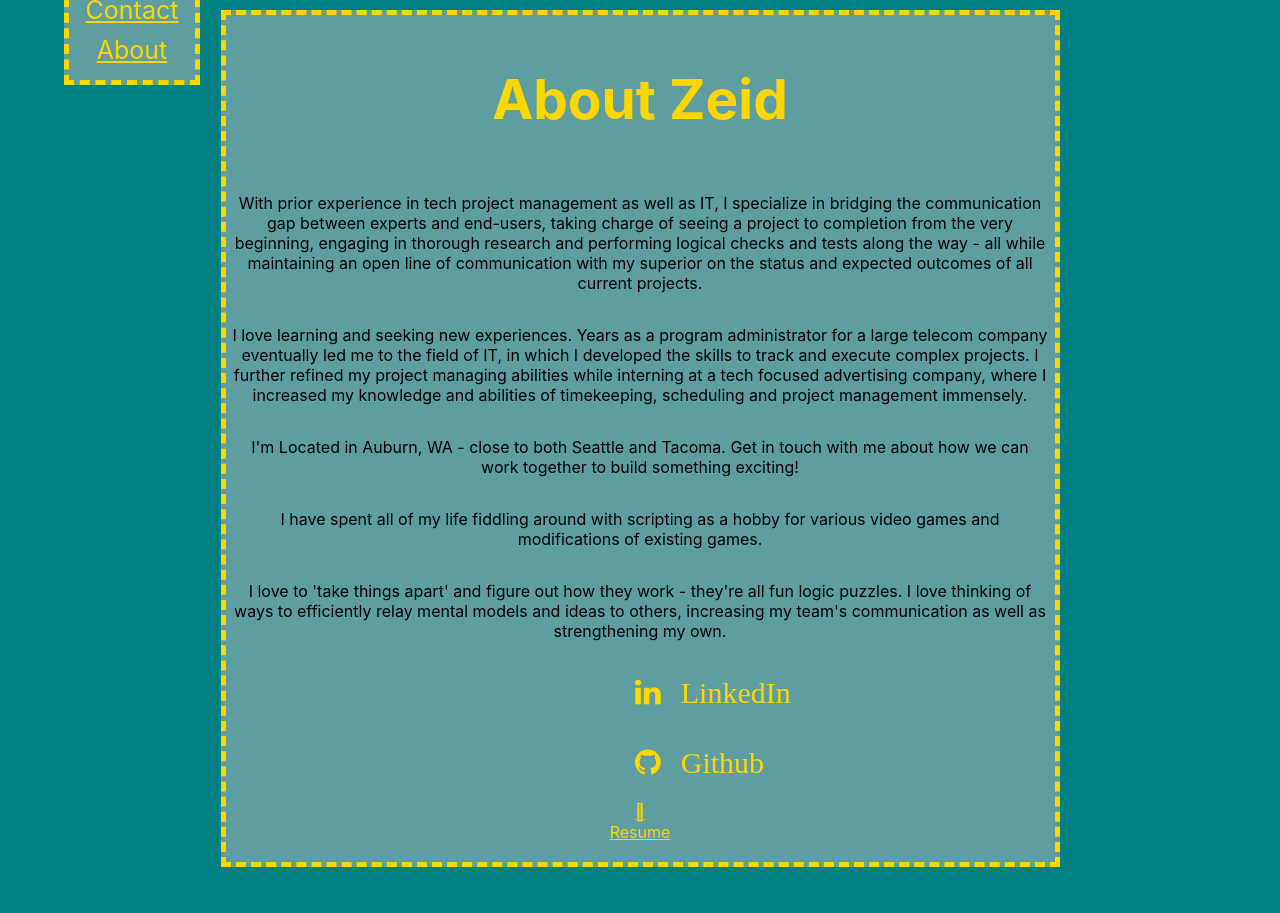
Repository: zeidalidiez/portfolioreact
Page: /About
An editor plug-in stored every save of this project. The page is shown before and after the next save, followed by the edit.
The browser window is 1280 px wide. The pictures show the whole page.
The project was rebuilt for these pictures with package versions that can differ from the ones it lists, and the page was loaded fresh each time. Also part of the build but not shown: src/components/Thumbnail.js, src/components/Projects.js, src/components/Contact.js.

Above is the page before, as saved 2021-02-09 00:16:52.

### public/index.html
<!DOCTYPE html>
<html lang="en">
  <head>
    <meta charset="utf-8" />
    <link href="data:[embedded picture, 289 characters]" rel="icon" type="image/x-icon" />    <meta name="viewport" content="width=device-width, initial-scale=1" />
    <link rel="stylesheet" href="https://cdnjs.cloudflare.com/ajax/libs/font-awesome/4.7.0/css/font-awesome.min.css">
    <meta name="theme-color" content="#000000" />
    <meta
      name="description"
      content="Web site created using create-react-app"
    />    <!--
      manifest.json provides metadata used when your web app is installed on a
      user's mobile device or desktop. See https://developers.google.com/web/fundamentals/web-app-manifest/
    -->
    <link rel="manifest" href="%PUBLIC_URL%/manifest.json" />
    <!--
      Notice the use of %PUBLIC_URL% in the tags above.
      It will be replaced with the URL of the `public` folder during the build.
      Only files inside the `public` folder can be referenced from the HTML.

      Unlike "/favicon.ico" or "favicon.ico", "%PUBLIC_URL%/favicon.ico" will
      work correctly both with client-side routing and a non-root public URL.
      Learn how to configure a non-root public URL by running `npm run build`.
    -->
    <title>Zeid Diez - Portfolio</title>
  </head>
  <body>
    <noscript>You need to enable JavaScript to run this app.</noscript>
    <div id="root"></div>
    <!--
      This HTML file is a template.
      If you open it directly in the browser, you will see an empty page.

      You can add webfonts, meta tags, or analytics to this file.
      The build step will place the bundled scripts into the <body> tag.

      To begin the development, run `npm start` or `yarn start`.
      To create a production bundle, use `npm run build` or `yarn build`.
    -->
  </body>
</html>

### src/index.js
import React from 'react';
import ReactDOM from 'react-dom';
import './index.css';
import App from './components/App';
import reportWebVitals from './reportWebVitals';

ReactDOM.render(
  <React.StrictMode>
  <App />
  </React.StrictMode>,
  document.getElementById('root')
);

// If you want to start measuring performance in your app, pass a function
// to log results (for example: reportWebVitals(console.log))
// or send to an analytics endpoint. Learn more: https://bit.ly/CRA-vitals
reportWebVitals();

### src/components/App.js
// App.jsx

import React from 'react';
// Import the BrowserRouter, Route and Link components
import {Route, BrowserRouter as Router, Link} from "react-router-dom";
import Projects from './Projects.js';
import Contact from './Contact.js';
import About from './About.js';
import './App.css';

function App() {
  return (
    <header>
    <Router>
      <div className="App">
        <Route exact path="/Projects" component={Projects} />
        <Route exact path="/Contact" component={Contact} />
        <Route exact path="/About" component={About} />
        <Route exact path="/" component={About} />
  <nav>
        <div className="navigation">
          <div className="navigation-sub">
            <Link to="/Projects" className="item">Projects</Link>
            <Link to="/Contact" className="item">Contact</Link>
            <Link to="/About" className="item">About</Link>

          </div>
        </div>
        </nav>
      </div>
    </Router>
    <menu>

</menu>
    </header>


  );
}

export default App;

### src/components/About.js
import React from "react"

function About(props) {
  return (
    <div className="aboutDiv">
      <h2>About Zeid</h2>
      <p>With prior experience in tech project management as well as IT, I specialize in bridging the communication gap between experts and end-users, taking charge of seeing a project to completion from the very beginning, engaging in thorough research and performing logical checks and tests along the way - all while maintaining an open line of communication with my superior on the status and expected outcomes of all current projects. </p>
      <p>I love learning and seeking new experiences. Years as a program administrator for a large telecom company eventually led me to the field of IT, in which I developed the skills to track and execute complex projects. I further refined my project managing abilities while interning at a tech focused advertising company, where I increased my knowledge and abilities of timekeeping, scheduling and project management immensely.</p>
      <p>I'm Located in Auburn, WA - close to both Seattle and Tacoma. Get in touch with me about how we can work together to build something exciting! </p>
      <p>I have spent all of my life fiddling around with scripting as a hobby for various video games and modifications of existing games.</p>
      <p>I love to 'take things apart' and figure out how they work - they're all fun logic puzzles. I love thinking of ways to efficiently relay mental models and ideas to others, increasing my team's communication as well as strengthening my own.</p>

      <a href="https://www.linkedin.com/in/zeid-diez/" class="fa fa-linkedin">LinkedIn</a>
      <a href="https://github.com/zeidalidiez" class="fa fa-github">Github</a>
      <a href="https://github.com/zeidalidiez/portfolioreact/raw/master/public/New%20Resume.pdf" class="fas fa-file">Resume</a>
    </div>
  )
}

export default About;

### src/components/App.css

body {
  background-color: teal;
  display: grid;
}
div {
display: grid;
padding: 5px;
position: relative;
text-align: center;
padding-bottom: 15px;

}
 .projectDiv {
  background-color: cadetblue;
  width: 65%;
  justify-self: center;
  align-self: center;
  align-items: center;
  border: 5px dashed gold;
 }
h2 {
  color: Gold;
  font-size: 55px;
}

/* div.project {
  text-align: center;
  font-family: Georgia, "Times New Roman", Times, serif;
  font-style: italic;
  padding-bottom: 15px;
  border: 5px dashed gold;
  width: 80%;
  justify-self: center;
} */

div.project-title {
  position: relative;
  text-align: center;
  font-family: Georgia, "Times New Roman", Times, serif;
  font-style: italic;
  padding-bottom: 15px;

}

.navigation {
text-align: center;
align-self: center;
top: 0;
position: fixed;
  }

.navigation-sub {
padding: 10px;
text-align: center;
align-self: center;
bottom: auto;
left: 5%;
position: fixed;
border: 5px dashed gold;
background-color: cadetblue;
font-size: 25px;
}

a {
  display: grid;
padding: 5px;
text-align: center;
align-self: center;
}

img {
  display: block;
  margin-left: auto;
  margin-right: auto;
  width: 50%;
}


/* unvisited link */
a:link {
  color: gold;
}

/* visited link */
a:visited {
  color: rgb(255, 208, 0);
}

/* mouse over link */
a:hover {
  color: rgb(255, 174, 0);
}

/* selected link */
a:active {
  color: rgb(255, 0, 0);
}

.aboutDiv {
  background-color: cadetblue;
  width: 65%;
  justify-self: center;
  border: 5px dashed gold;

}

form {
  background-color: cadetblue;
  width: 65%;
  justify-self: center;
  padding-bottom: 60px;
  display: grid;
  border: 5px dashed gold;
}

.emailInput {
  width: 100%;
  padding: 12px 20px;
  margin: 8px 0;
  box-sizing: border-box;
}

.messageInput {
  width: 100%;
  box-sizing: border-box;
  height: 150px;
  border-radius: 4px;
  resize: none;
}

/* Style all font awesome icons */
.fa {
  padding: 20px;
  font-size: 50px;
  width: 50px;
  text-align: center;
  text-decoration: none;
  justify-self:center;
}

/* Add a hover effect if you want */
.fa:hover {
  opacity: 0.7;
}

/* Set a specific color for each brand */

/* linkedin */
.fa-linkedin {
  font-size: 30px;
}

/* github */
.fa-github {

  font-size: 30px;
}

a.fa.fa-linkedin::before {
  padding: 20px;
}

a.fa.fa-github::before {
  padding: 20px;
}

a.fa.fa-linkedin::after {
  font-size: 20px;
}

a.fa.fa-github::after {
  font-size: 20px;
}

@media screen and (max-width: 800px) {
  .navigation {
    text-align: center;
    align-self: center;
    top: 0;
    position: fixed;
      }

    .navigation-sub {
    padding: 10px;
    text-align: center;
    align-self: center;
    bottom: auto;
    left: 5%;
    position: fixed;
    border: 5px dashed gold;
    background-color: cadetblue;
    font-size: 10px;
    }
}

Loaded but not shown: src/index.css (common file); src/reportWebVitals.js (common file)

After the next save:
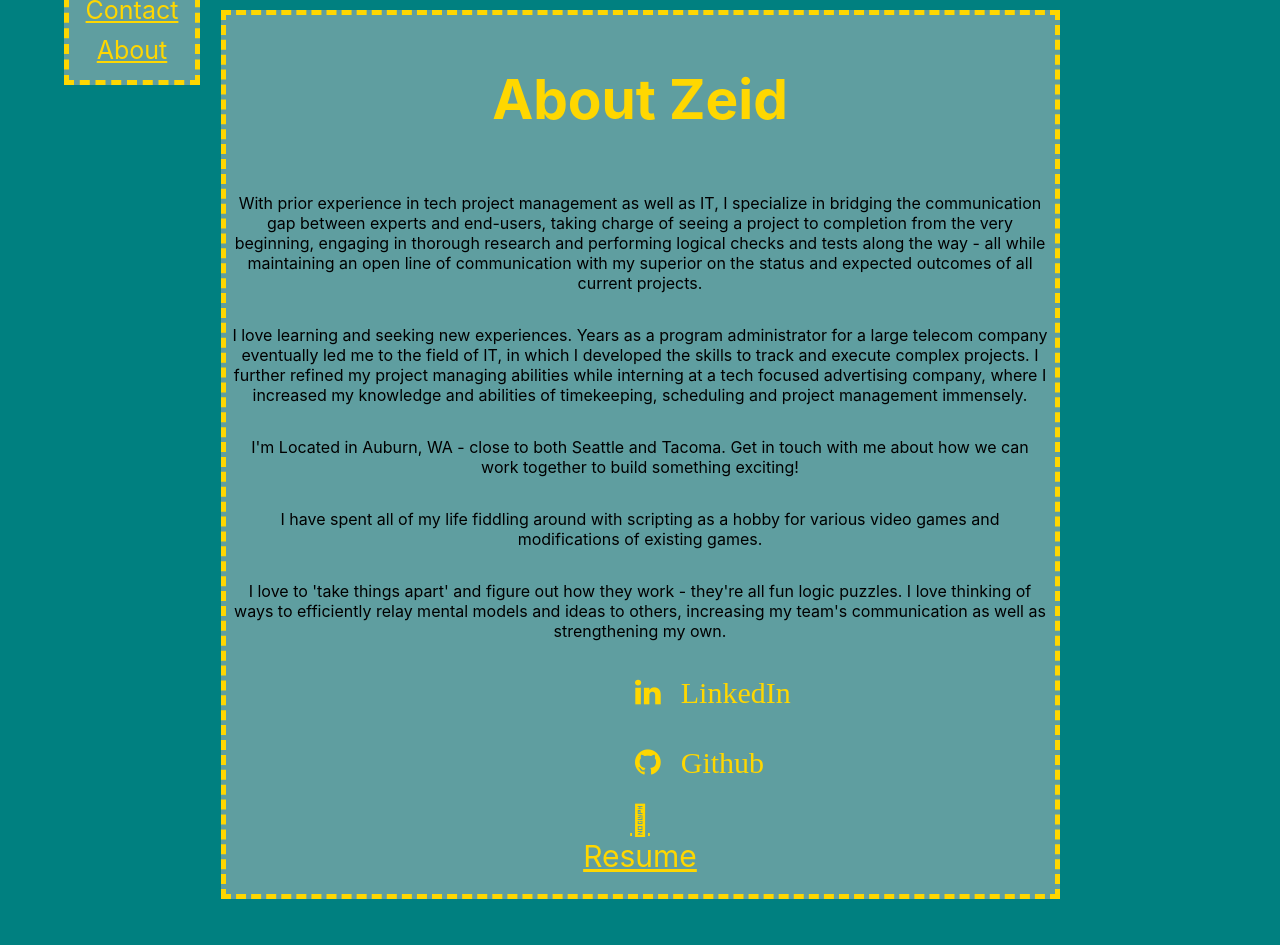
Saved 117 s later.
--- a/src/components/App.css
+++ b/src/components/App.css
@@ -145,6 +145,11 @@ form {
 }
 
 /* Set a specific color for each brand */
+
+/* Resume */
+.fa-file {
+  font-size: 30px;
+}
 
 /* linkedin */
 .fa-linkedin {
